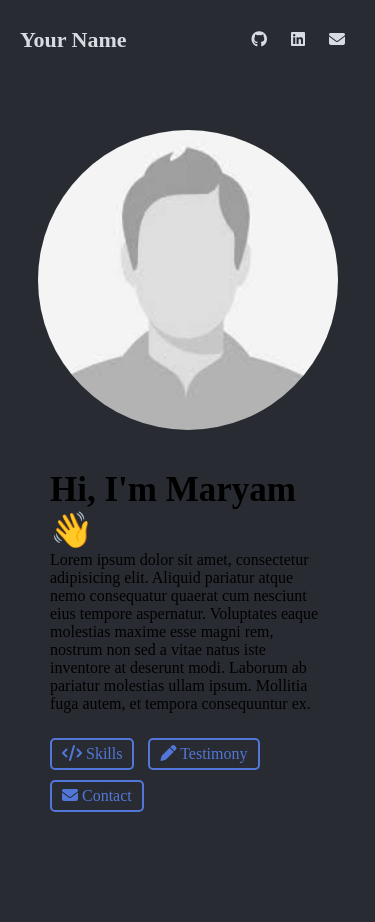
Repository: MaramMaryam/my-portfolio-test
Page: index.html
The author's editor kept a copy of each file at every save. The page is drawn from the files as they stood at one save, then again after a run of saves.
The browser window is 375 px wide. The pictures show the whole page.
Some web libraries are served in a nearby version.

Above is the page before, as saved 2024-09-17 21:32:26.

After the next 8 saves:
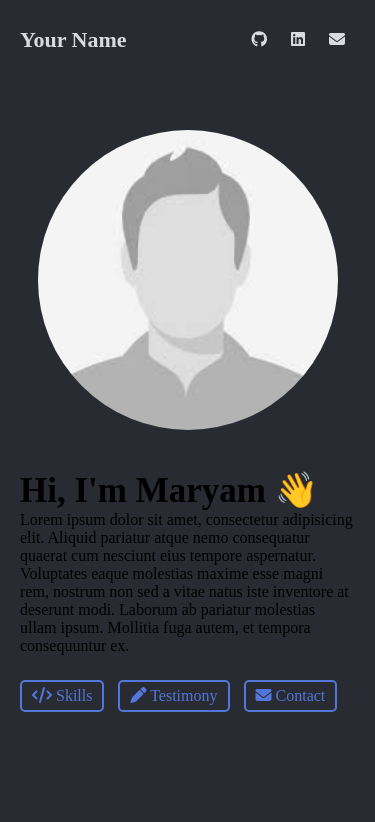
The 8 saves are shown as one change because they came seconds apart.
The last was saved 24 s later.
--- a/styles.css
+++ b/styles.css
@@ -122,5 +122,8 @@ nav .right a span {
         display: none;
     }
 
-    SECTION1:HERO
+    /* SECTION1:HERO */
+    .hero-section {
+        padding: 0 20px;
+    }
 }
